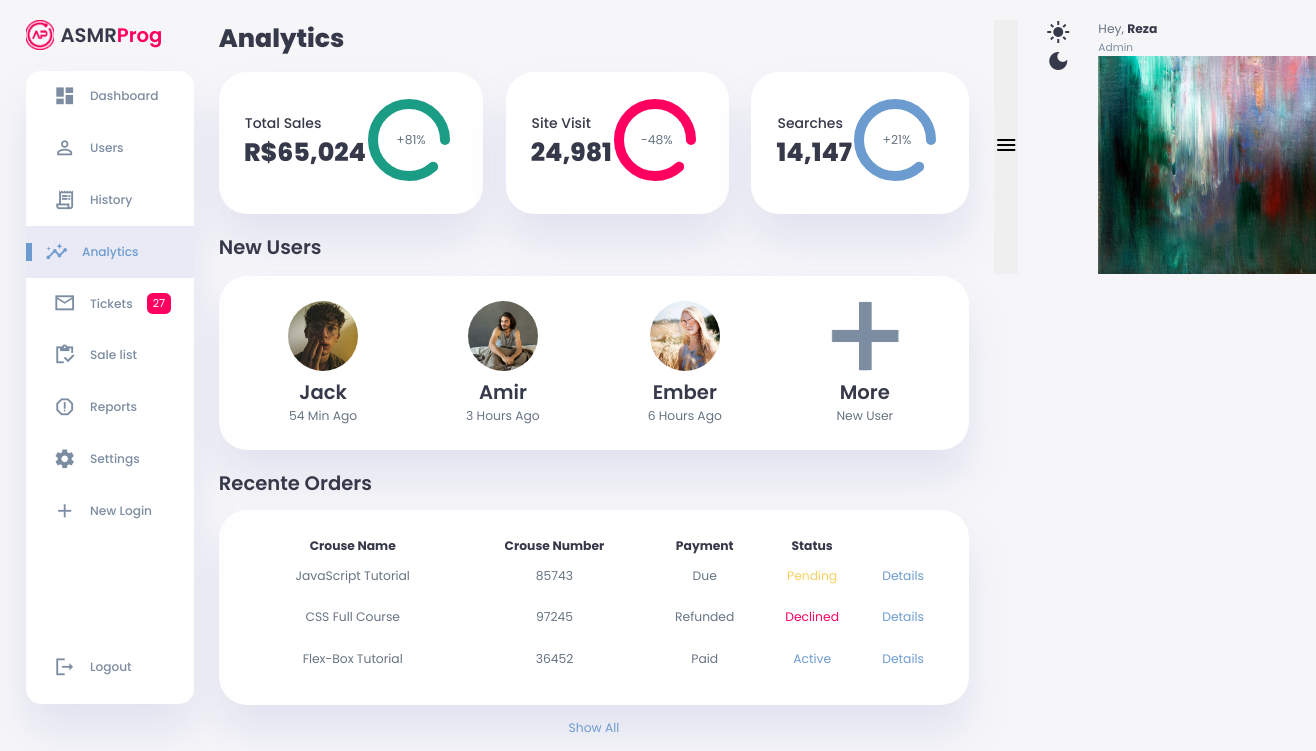
Repository: pheonix5/ProjetosRN-linux
Page: DashBoard/index.html
The author's editor kept a copy of each file at every save. The page is drawn from the files as they stood at one save, then again after the next save.
The browser window is 1280 px wide. The page is 1316 px wide, so the pictures cover 1316 px, including what lies to the right of the window. The pictures show the whole page.

Above is the page before, as saved 2023-08-06 02:42:51.

After the next save:
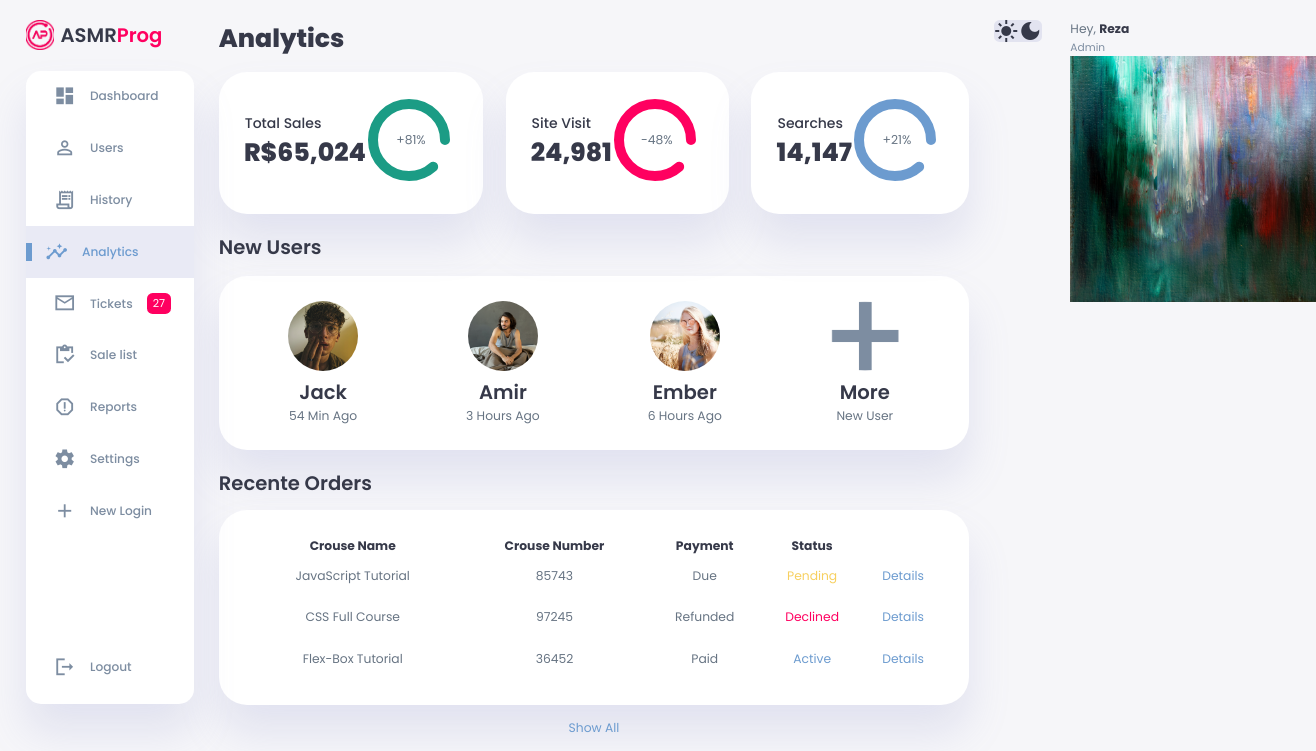
Saved 85 s later.
--- a/DashBoard/style.css
+++ b/DashBoard/style.css
@@ -386,5 +386,19 @@ main .recent-orders a{
   display: flex;
   justify-content: end;
   gap: 2rem;
-
-}
+}
+
+.right-section .nav button{
+  display: none;
+}
+
+.right-section .dark-mode{
+  background-color: var(--color-light);
+  display: flex;
+  justify-content: space-between;
+  align-items: center;
+  height: 1.6rem;
+  width: 4.2rem;
+  cursor: pointer;
+  border-radius: var(--border-radius-1);
+}
